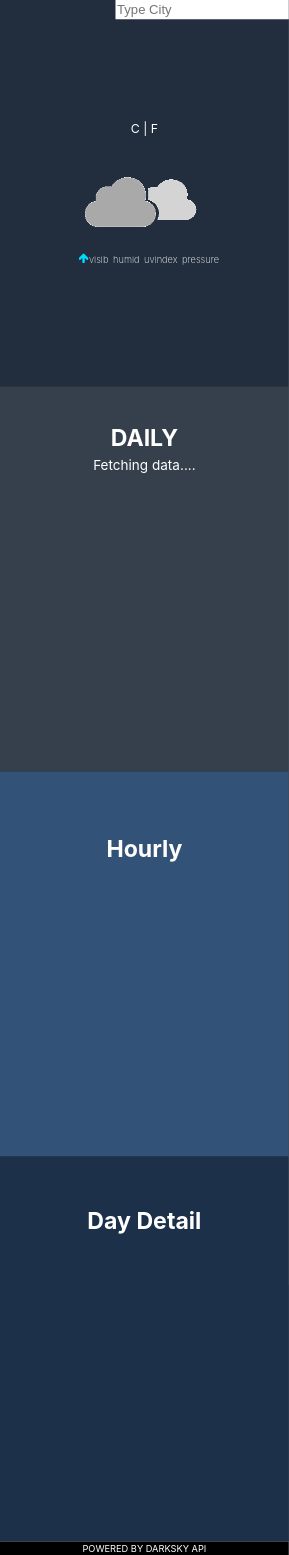
Repository: DOODpls/assignment3_weather
Page: index.html
The author's editor kept a copy of each file at every save. The page is drawn from the files as they stood at one save, then again after the next save.
The browser window is 375 px wide. The pictures show the whole page, at 77% of full size.
Some web fonts or font styles are not loaded; a fallback is used. Some web libraries are served in a nearby version.

Above is the page before, as saved 2020-01-07 20:33:15.

After the next save:
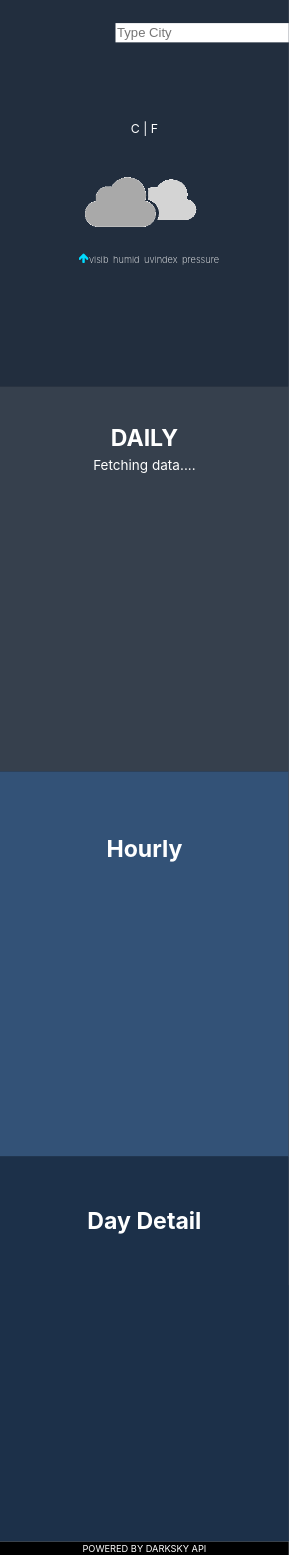
Saved 31 s later.
--- a/styles.css
+++ b/styles.css
@@ -433,7 +433,7 @@
 @media (max-width:500px){
   .city-text{
     position: absolute;
-    top: 0;
+    top: 30px;
     right: 0;
   }
 }
